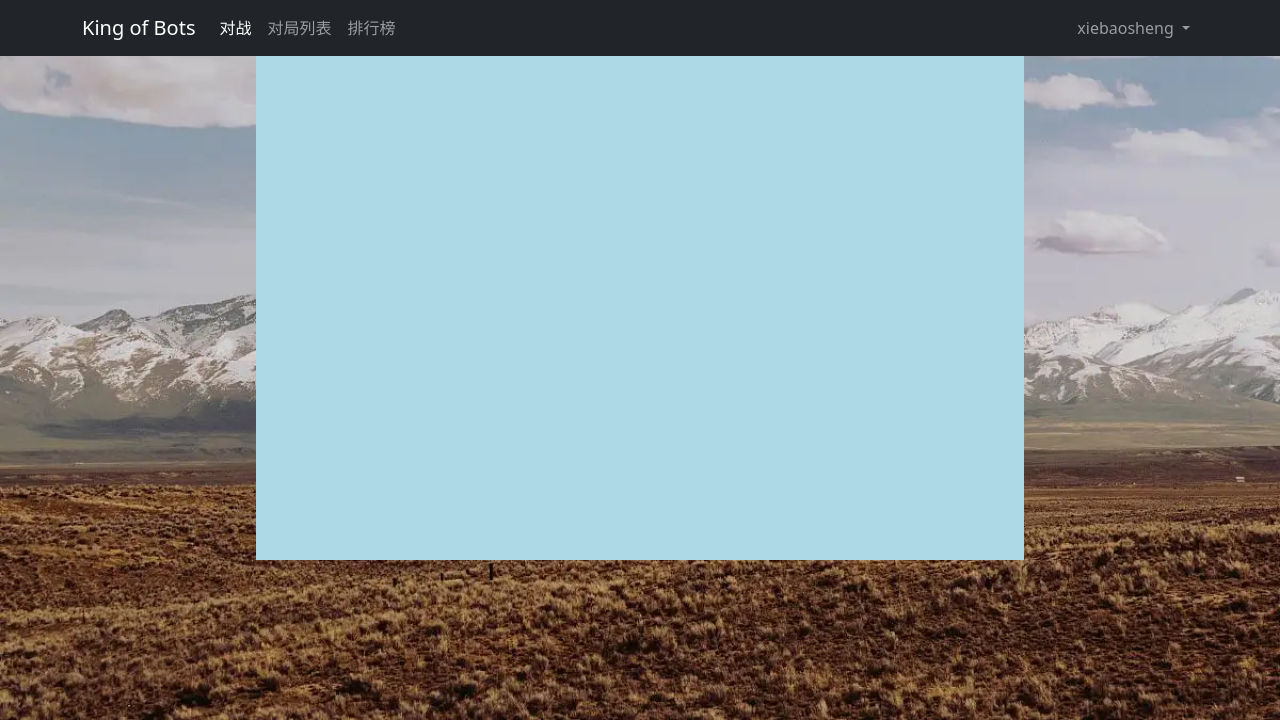
Repository: XieBaosheng/kob
Page: / (app in web/)
These files come from the project's save history. The page is drawn as it stood at one moment and after the next save; the edit follows.
The browser window is 1280 px wide. The pictures show the whole page.
The project was rebuilt for these pictures with package versions that can differ from the ones it lists, and the page was loaded fresh each time. Also part of the build but not shown: web/vue.config.js, web/src/components/ContentField.vue, web/src/views/record/RecordIndexView.vue, web/src/views/ranklist/RanklistIndexView.vue, web/src/views/user/bot/UserBotIndexView.vue, web/src/views/error/NotFound.vue.

Above is the page before, as saved 2024-05-26 22:07:15.

After the next save:
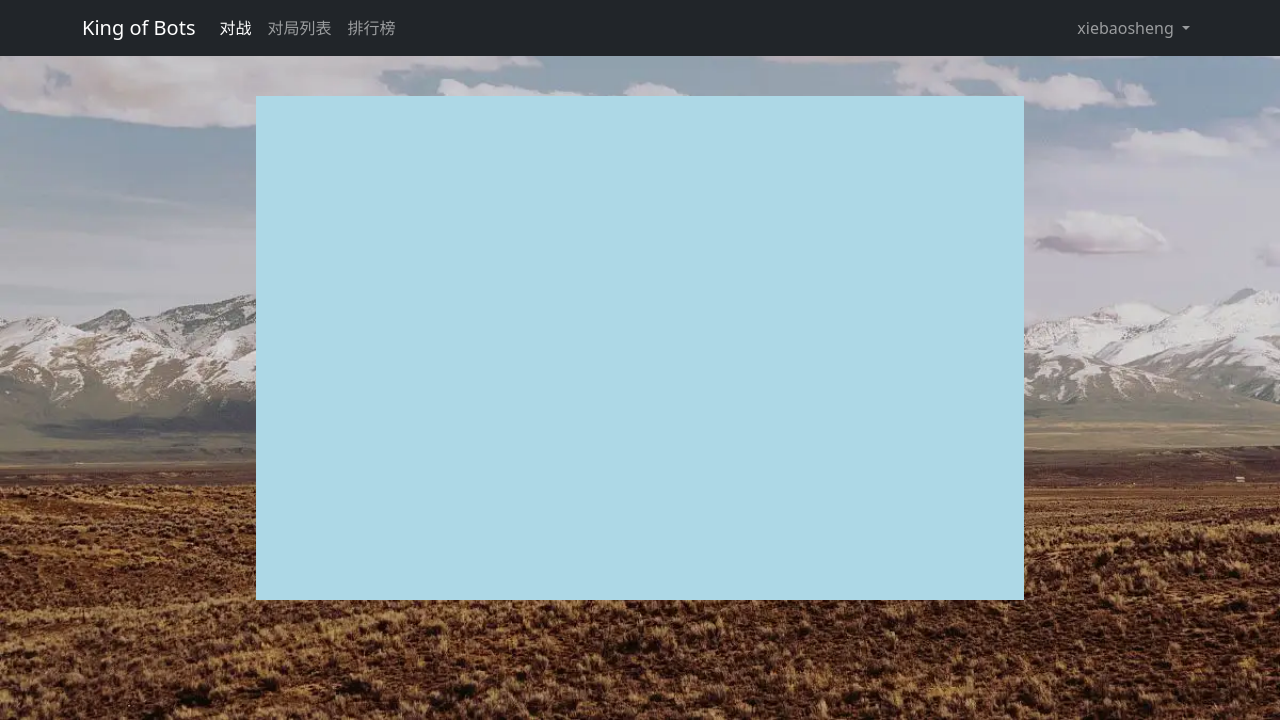
Saved 19 s later.
--- a/web/src/components/PlayGround.vue
+++ b/web/src/components/PlayGround.vue
@@ -10,6 +10,6 @@ div.playground {
     width: 60vw;
     height: 70vh;
     background: lightblue;
-    margin: 0 auto;
+    margin: 40px auto;
 }
 </style>
